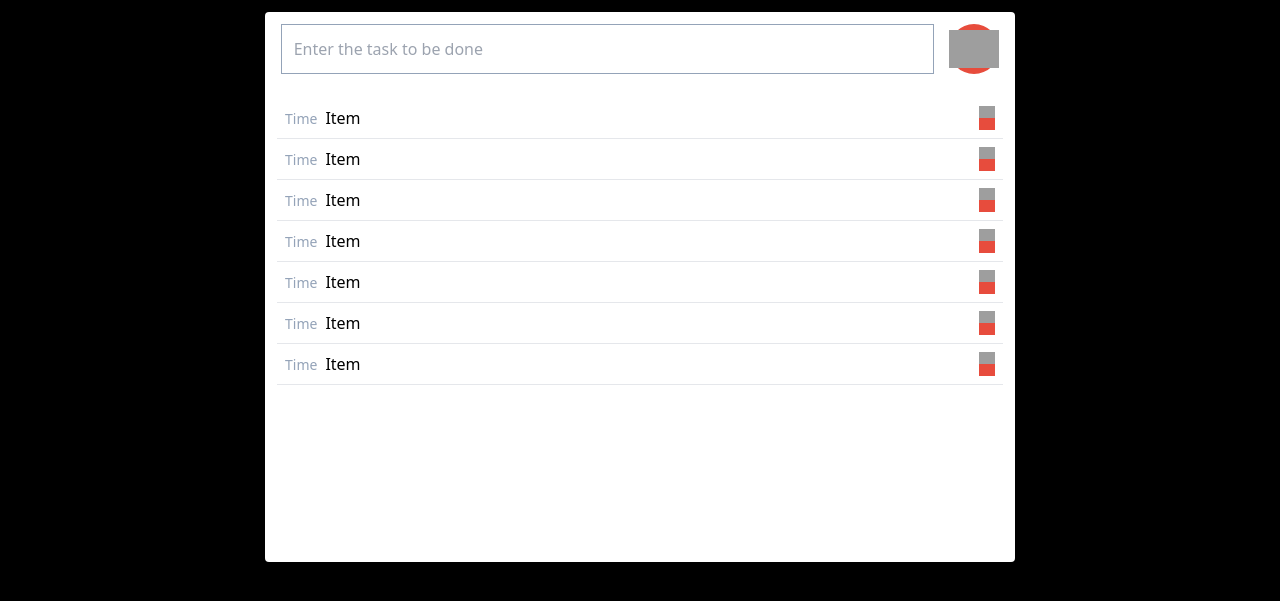
Repository: duttasayan835/todo-app-with-React-and-tailwind-CSS
Page: /, after clicking the first element matching `div.cursor-pointer`
The author's editor kept a copy of each file at every save. The page is drawn from the files as they stood at one save, then again after the next save.
The browser window is 1280 px wide. The pictures show the whole page.
Pictures or frames that could not be fetched are drawn as grey boxes. The project was rebuilt for these pictures with package versions that can differ from the ones it lists, and the page was loaded fresh each time.

Above is the page before, as saved 2024-06-12 13:10:10.

After the next save:
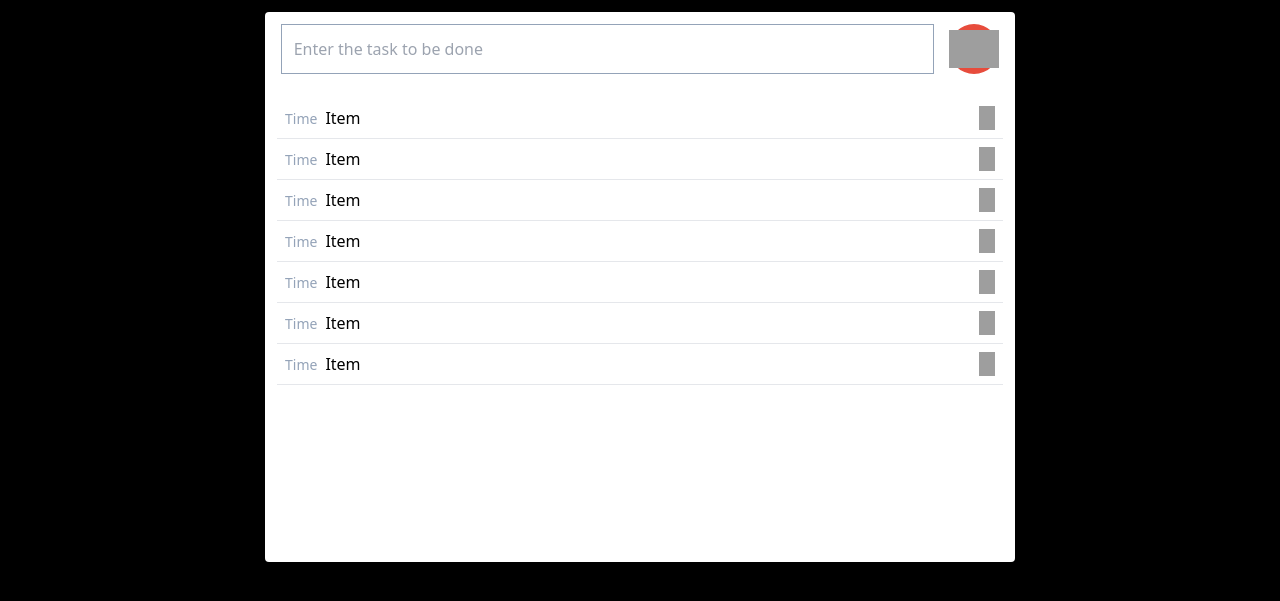
Saved 20 s later.
--- a/src/Components/Item.jsx
+++ b/src/Components/Item.jsx
@@ -7,7 +7,7 @@ export default function Item() {
         <span className="pr-2 text-[14px] text-slate-400">Time</span>
         <span>Item</span>
       </div>
-      <div className="bg-[#e74c3d]">
+      <div className="bg-[#e74c3d] flex items bg-center ">
         <img
           className="w-4"
           src="https://icon-library.com/images/trash-icon-vector/trash-icon-vector-19.jpg"
